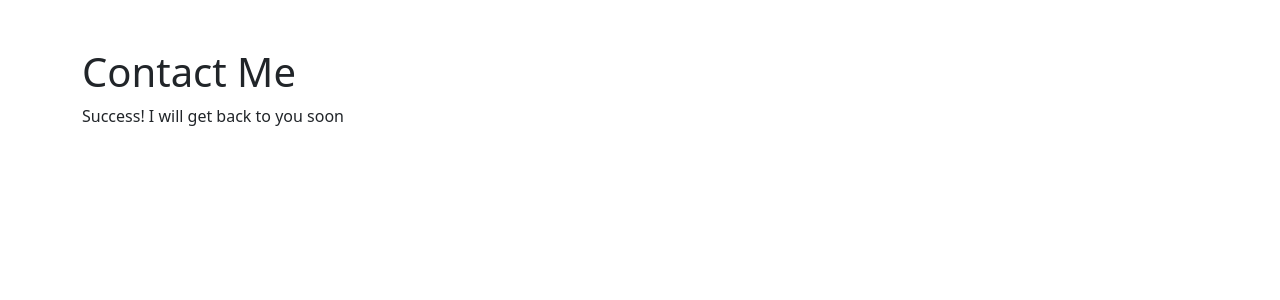
Repository: dvynchi/profile-2022
Page: success.html
An editor plug-in stored every save of this project. The page is shown before and after the next save, followed by the edit.
The browser window is 1280 px wide. The pictures show the whole page.

Above is the page before, as saved 2022-08-17 18:04:43.

After the next save:
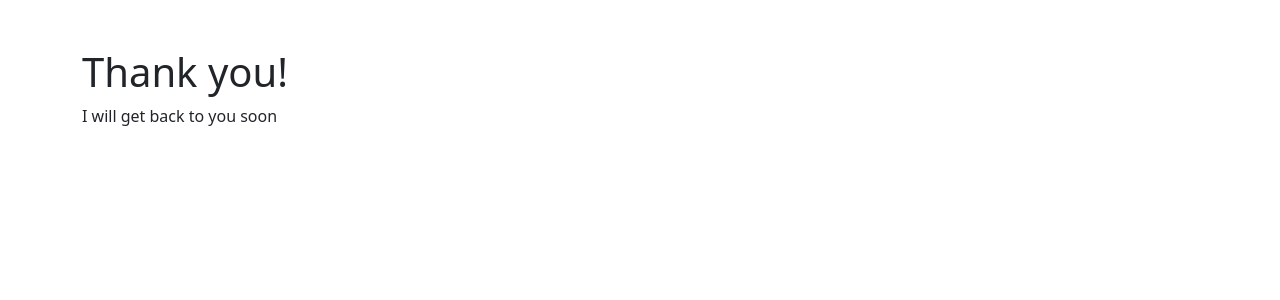
Saved 3 min 8 s later.
--- a/success.html
+++ b/success.html
@@ -11,8 +11,8 @@
 
 <body>
     <div class="container mt-5">
-        <h1>Contact Me</h1>
-        <p>Success! I will get back to you soon</p>
+        <h1>Thank you!</h1>
+        <p>I will get back to you soon</p>
 
 
     </div>
